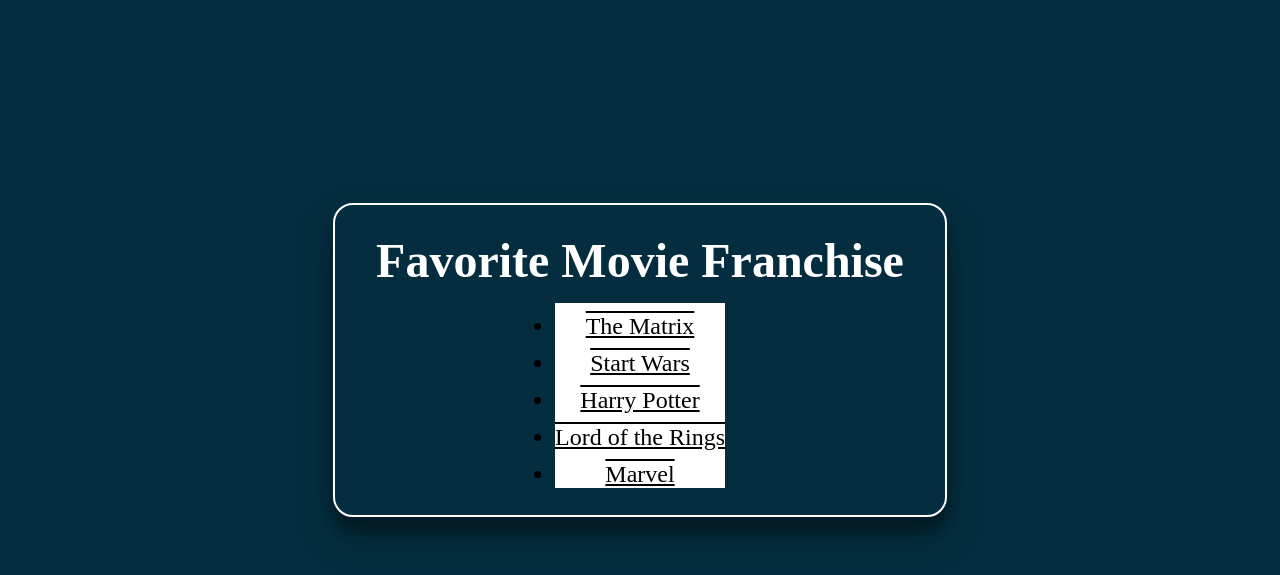
Repository: Ellisvelandia/DOM-Manipulation
Page: index.html
The author's editor kept a copy of each file at every save. The page is drawn from the files as they stood at one save, then again after the next save.
The browser window is 1280 px wide. The pictures show the whole page.

Above is the page before, as saved 2022-08-22 13:50:43.

After the next save:
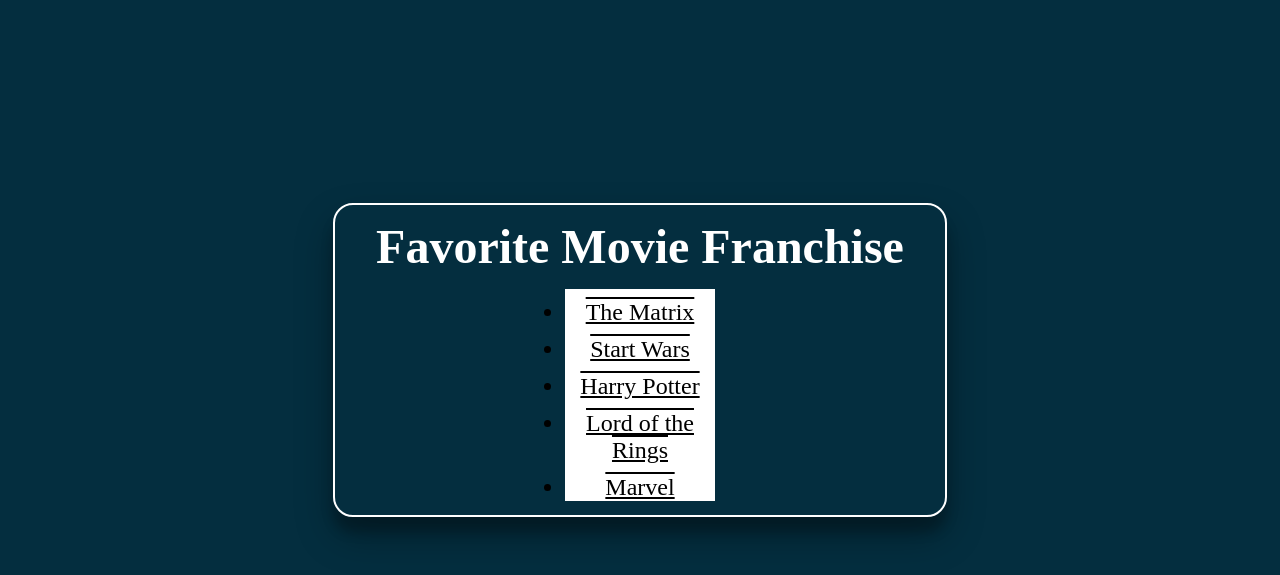
Saved 9 s later.
--- a/style.css
+++ b/style.css
@@ -46,5 +46,5 @@
 }
 
 li {
-  max-width: 500px;
+  width: 150px;
 }
